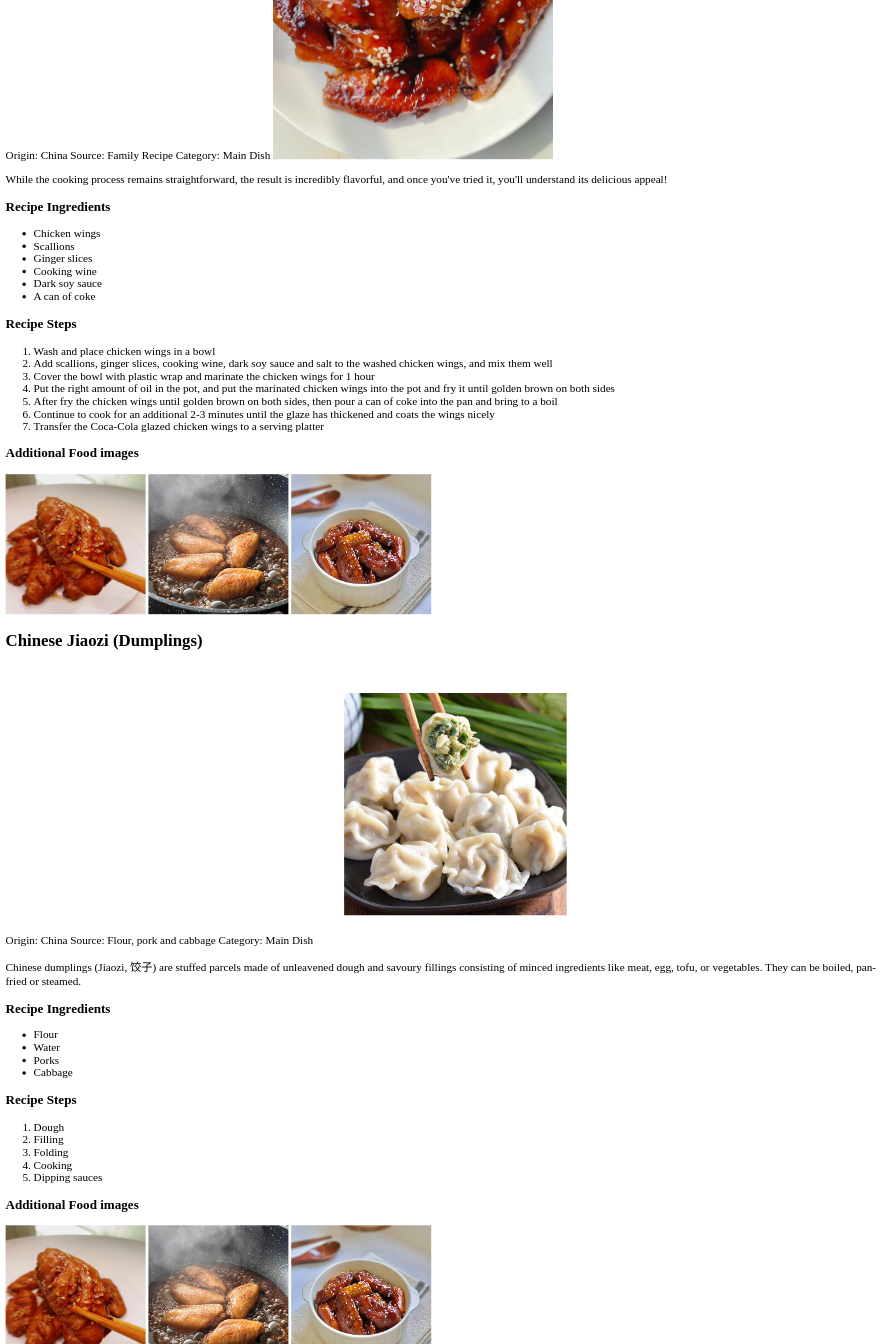
Repository: lulyany/starter_html
Page: recipes.html
These files come from the project's save history. The page is drawn as it stood at one moment and after the next save; the edit follows.
The browser window is 1280 px wide. The pictures show the part of the page from y = 458 to 2378 px (the page is 3524 px tall before and 3578 px after), at 70% of full size.
A picture or video elsewhere on the page could not be fetched, so the positions and the page height are approximate.

Above is the page before, as saved 2023-09-16 01:09:24.

After the next save:
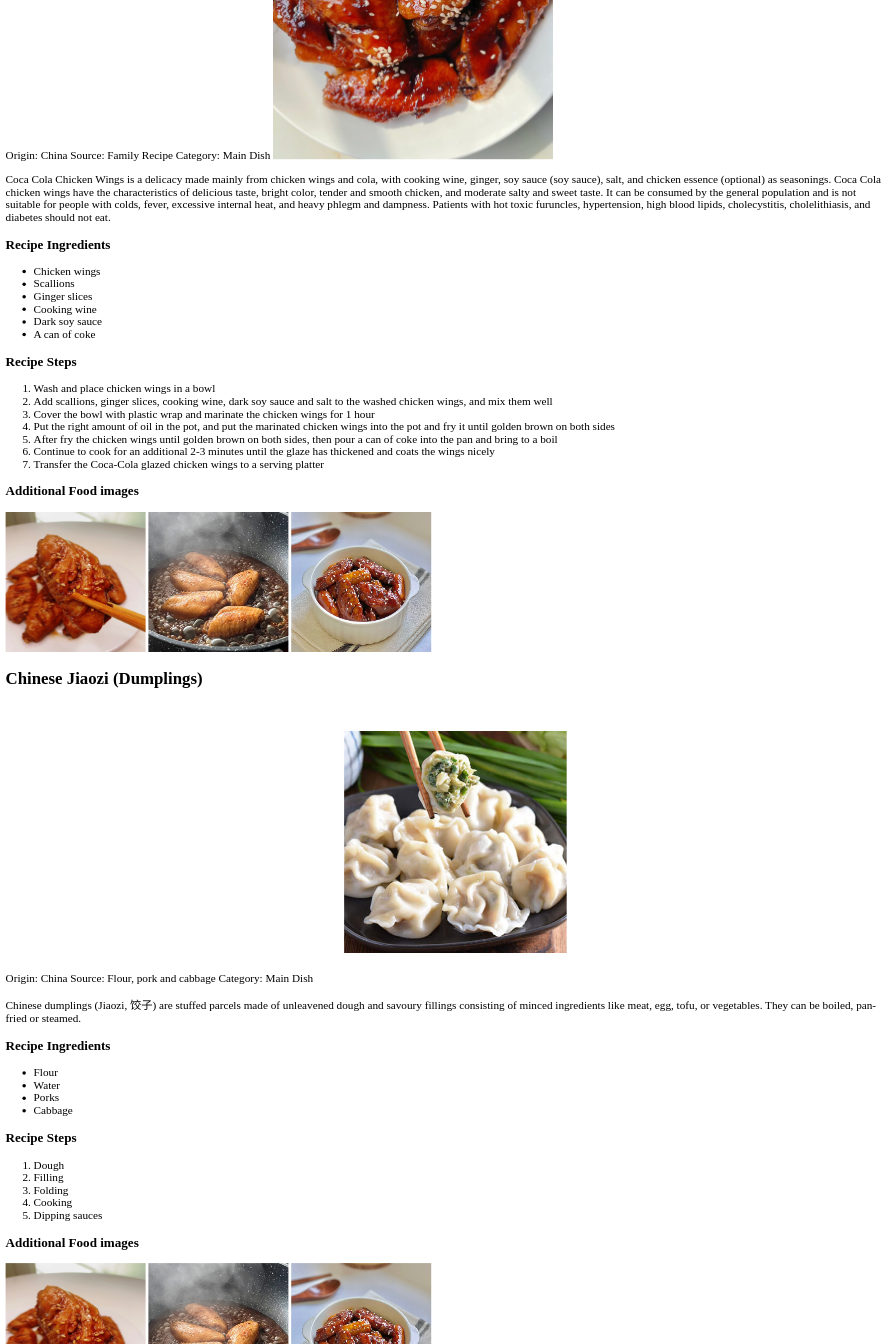
Saved 2 min 4 s later.
--- a/recipes.html
+++ b/recipes.html
@@ -31,7 +31,7 @@
             <span>Category: Main Dish</span>
 
             <img src="images/coca_cola_chicken_wings.jpg" width = "400" alt="Chicken wings.">
-            <p> While the cooking process remains straightforward, the result is incredibly flavorful, and once you've tried it, you'll understand its delicious appeal!</p>
+            <p> Coca Cola Chicken Wings is a delicacy made mainly from chicken wings and cola, with cooking wine, ginger, soy sauce (soy sauce), salt, and chicken essence (optional) as seasonings. Coca Cola chicken wings have the characteristics of delicious taste, bright color, tender and smooth chicken, and moderate salty and sweet taste. It can be consumed by the general population and is not suitable for people with colds, fever, excessive internal heat, and heavy phlegm and dampness. Patients with hot toxic furuncles, hypertension, high blood lipids, cholecystitis, cholelithiasis, and diabetes should not eat.</p>
             <h3>Recipe Ingredients</h3>
             <ul>
                 <li>Chicken wings</li>
